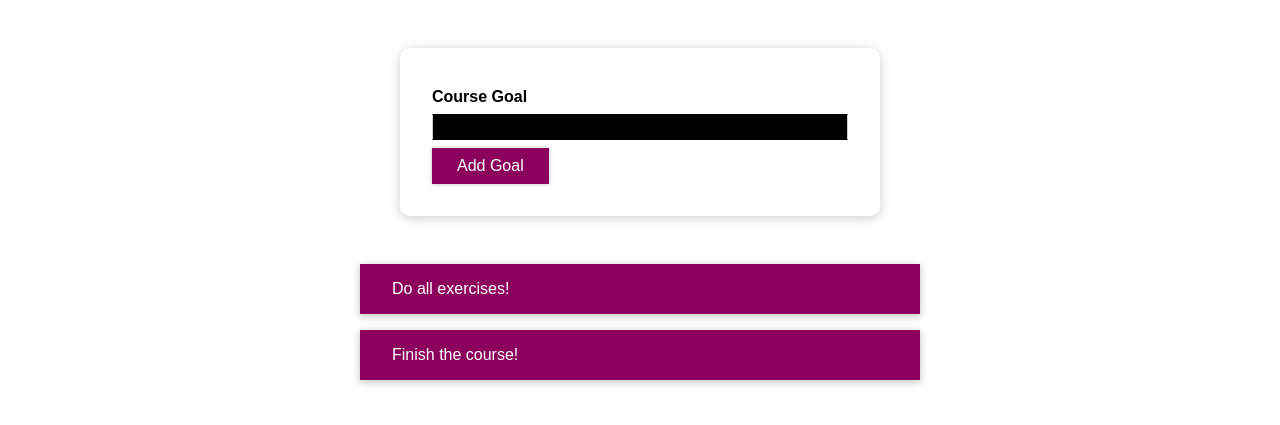
Repository: NamalPathirana/01-starting-project
Page: /
The author's editor kept a copy of each file at every save. The page is drawn from the files as they stood at one save, then again after the next save.
The browser window is 1280 px wide. The pictures show the whole page.
The project was rebuilt for these pictures with package versions that can differ from the ones it lists, and the page was loaded fresh each time.

Above is the page before, as saved 2021-11-23 05:00:59.

After the next save:
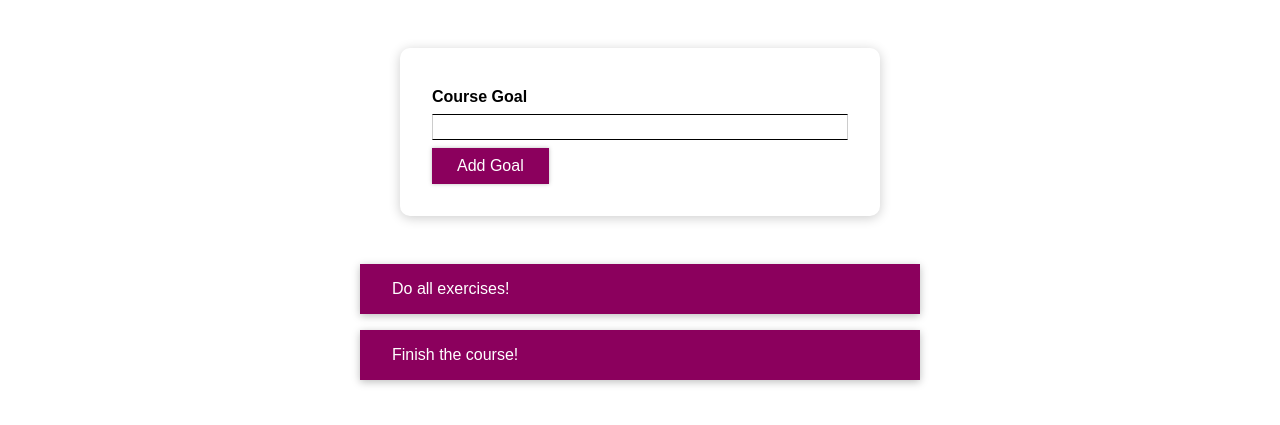
Saved 23 s later.
--- a/src/components/CourseGoals/CourseInput/CourseInput.js
+++ b/src/components/CourseGoals/CourseInput/CourseInput.js
@@ -25,7 +25,7 @@ const CourseInput = props => {
     <form onSubmit={formSubmitHandler}>
       <div className="form-control">
         <label style={{color:!isValid?'red':'black'}}>Course Goal</label>
-        <input type="text" style={{borderBlockColor:!isValid?'red':'black',backgroundColor:!isValid?'light-red':'black'}} onChange={goalInputChangeHandler} />
+        <input type="text" style={{borderBlockColor:!isValid?'red':'black',backgroundColor:!isValid?'light-red':'default'}} onChange={goalInputChangeHandler} />
       </div>
       <Button type="submit">Add Goal</Button>
     </form>
